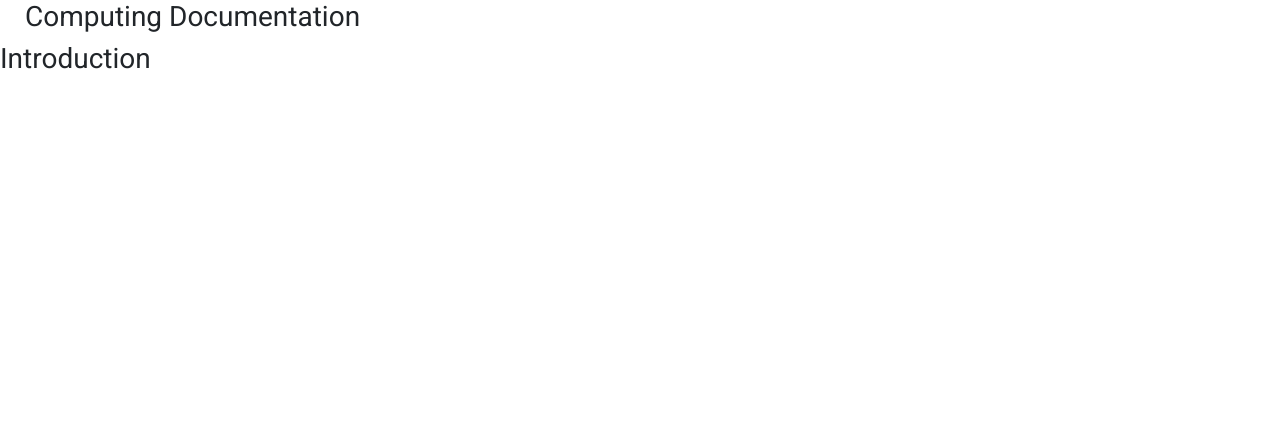
Repository: derektypist/technical-documentation-page
Page: index.html
The author's editor kept a record of every edit. The page is drawn from the files as they stood at one moment, then again after the next edit.
The browser window is 1280 px wide. The pictures show the whole page.

Above is the page before.

### index.html
<!DOCTYPE html>
<html lang="en">
<head>
    <meta charset="UTF-8">
    <meta name="viewport" content="width=device-width, initial-scale=1.0">
    <meta http-equiv="X-UA-Compatible" content="ie=edge">
    <title>Technical Documentation Page</title>
    <!-- Load Style Sheets -->
    <link rel="stylesheet" href="https://maxcdn.bootstrapcdn.com/bootstrap/4.4.1/css/bootstrap.min.css" integrity="sha384-Vkoo8x4CGsO3+Hhxv8T/Q5PaXtkKtu6ug5TOeNV6gBiFeWPGFN9MuhOf23Q9Ifjh" crossorigin="anonymous">
    <link href="https://fonts.googleapis.com/css?family=Roboto|Roboto+Mono&display=swap" rel="stylesheet">
    <style>
        /* Navigation */
        #navbar {
          font-family: "Roboto", Arial, Verdana, sans-serif;
          margin-left: 25px;
        }

        /* Main Content */
        #main-doc {
          font-family: "Roboto", Arial, Verdana, sans-serif;
        }
    </style>
</head>
<body>
    <!-- Set Up Navigation -->
    <nav class="nav" id="navbar">
      <header>
        <h3>Computing Documentation</h3>
      </header>


  <div class="collapse navbar-collapse" id="navbarSupportedContent">
    <ul class="navbar-nav mr-auto flex-column">
      <li class="nav-item">
        <a class="nav-link" href="#">Introduction</a>
      </li>
      <li class="nav-item">
        <a class="nav-link" href="#">HTML5</a>
      </li>
      <li class="nav-item">
        <a class="nav-link" href="#">CSS3</a>
      </li>
      <li class="nav-item">
        <a class="nav-link" href="#">JavaScript</a>
      </li>
      <li class="nav-item">
        <a class="nav-link" href="#">Bootstrap</a>
      </li>
      <li class="nav-item">
        <a class="nav-link" href="#">GitHub</a>
      </li>
      <li class="nav-item">
        <a class="nav-link" href="#">HTML5</a>
      </li>
      <li class="nav-item">
        <a class="nav-link" href="#">README.md</a>
      </li>
      <li class="nav-item">
        <a class="nav-link" href="#">Python</a>
      </li>
</nav>

<!-- Set Up Main Content -->
<main id="main-doc">
<section class="main-section">
  <header id="introduction">
    <h3>Introduction</h3>
  </header>
</section>
</main>
</body>
</html>

After the next edit:
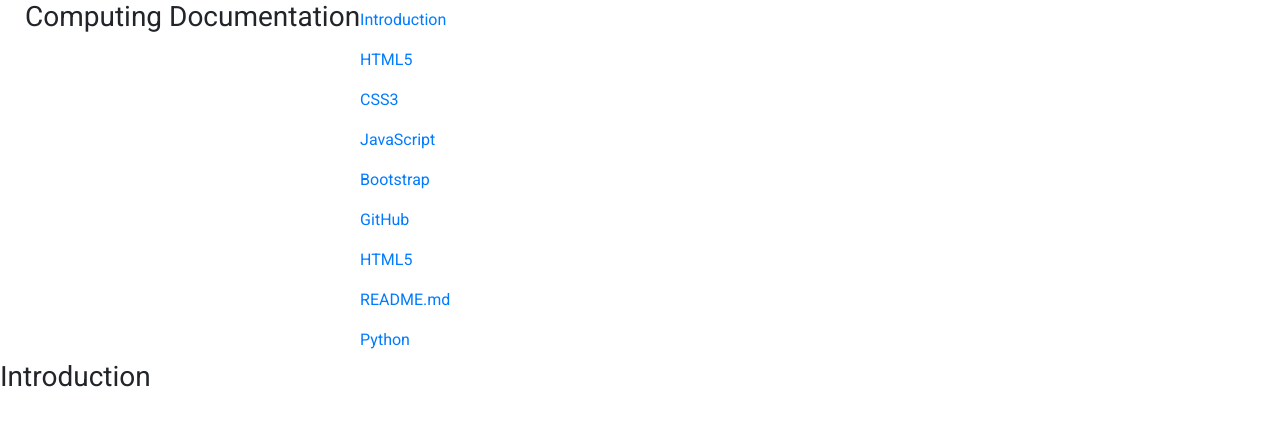
The edit:
--- a/index.html
+++ b/index.html
@@ -29,7 +29,7 @@
       </header>
 
 
-  <div class="collapse navbar-collapse" id="navbarSupportedContent">
+
     <ul class="navbar-nav mr-auto flex-column">
       <li class="nav-item">
         <a class="nav-link" href="#">Introduction</a>
